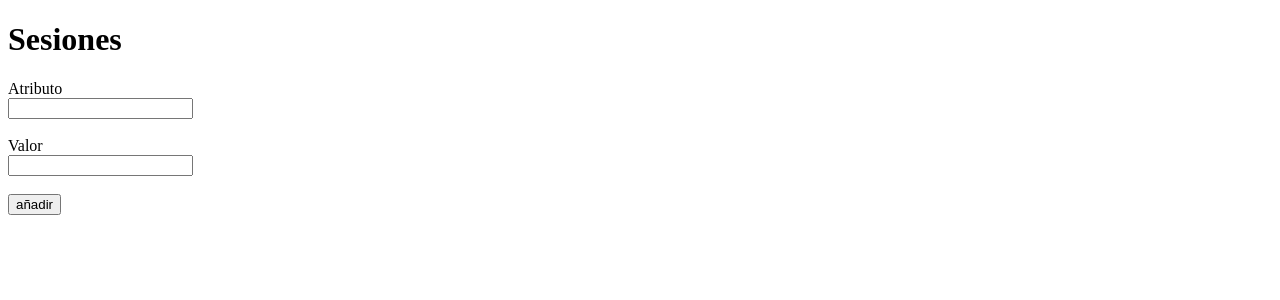
Repository: cgg25/javaee
Page: Sessiones/WebContent/index.html
An editor plug-in stored every save of this project. The page is shown before and after the next save, followed by the edit.
The browser window is 1280 px wide. The pictures show the whole page.

Above is the page before, as saved 2017-02-16 18:44:59.

After the next save:
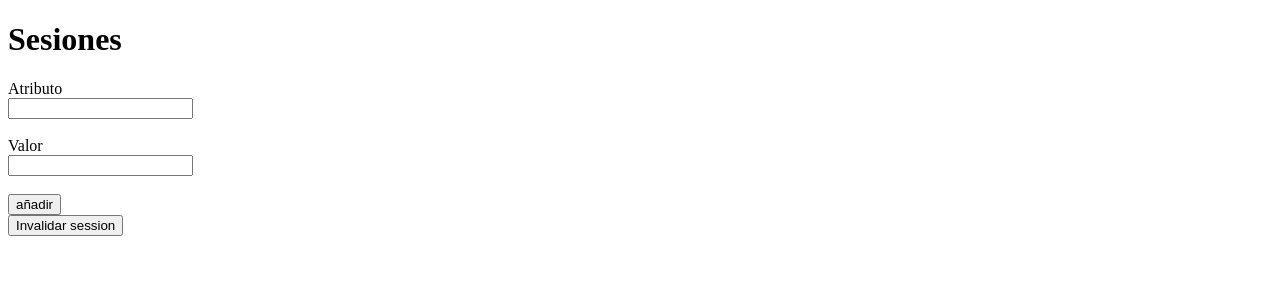
Saved 30 s later.
--- a/Sessiones/WebContent/index.html
+++ b/Sessiones/WebContent/index.html
@@ -15,7 +15,7 @@
 		<input type="submit" value="añadir">
 	</form>
 	<form action="/Sessiones/invalidar">
-
+		<input type="submit" value="Invalidar session">
 	</form>
 </body>
 </html>
